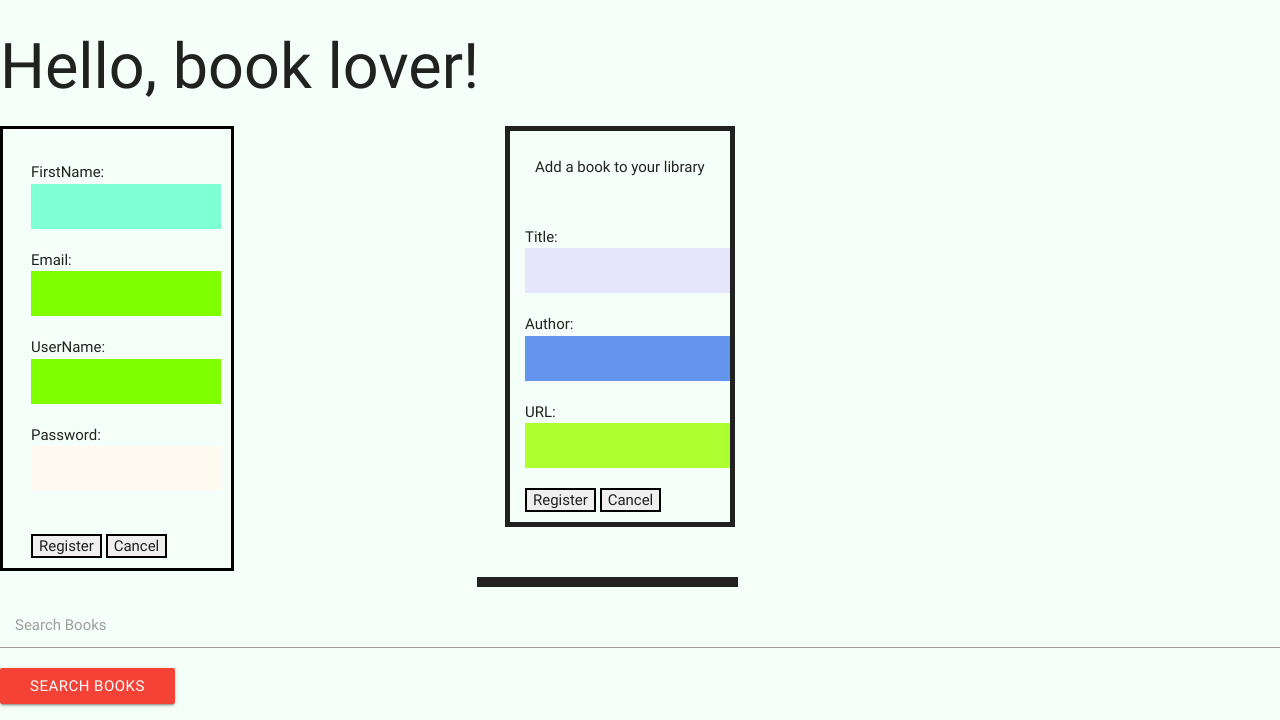
Repository: IuliaGusatu/cloudcomputingProjectSIMPREGusatuIulia
Page: environment/frontend/index.html
The author's editor kept a record of every edit. The page is drawn from the files as they stood at one moment, then again after the next edit.
The browser window is 1280 px wide. The pictures show the whole page.
The page's requests for data from a server got no answer.

Above is the page before.

After the next edit:
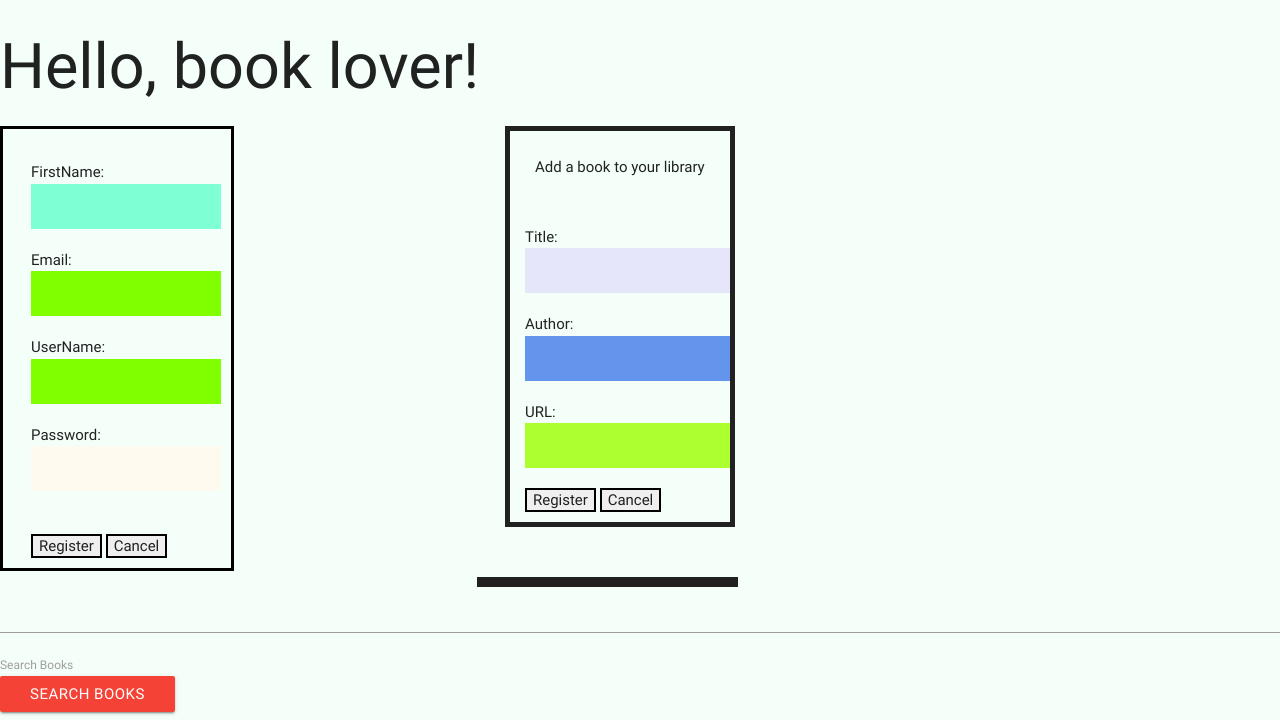
The edit:
--- a/environment/frontend/index.html
+++ b/environment/frontend/index.html
@@ -45,7 +45,7 @@
 </div>
 <div id="search" >
 		<form id="myform">
-			<div class="input-field">
+			<div >
 				<input type="search" id="books">
 				<label for="search">Search Books</label>
 			</div>
